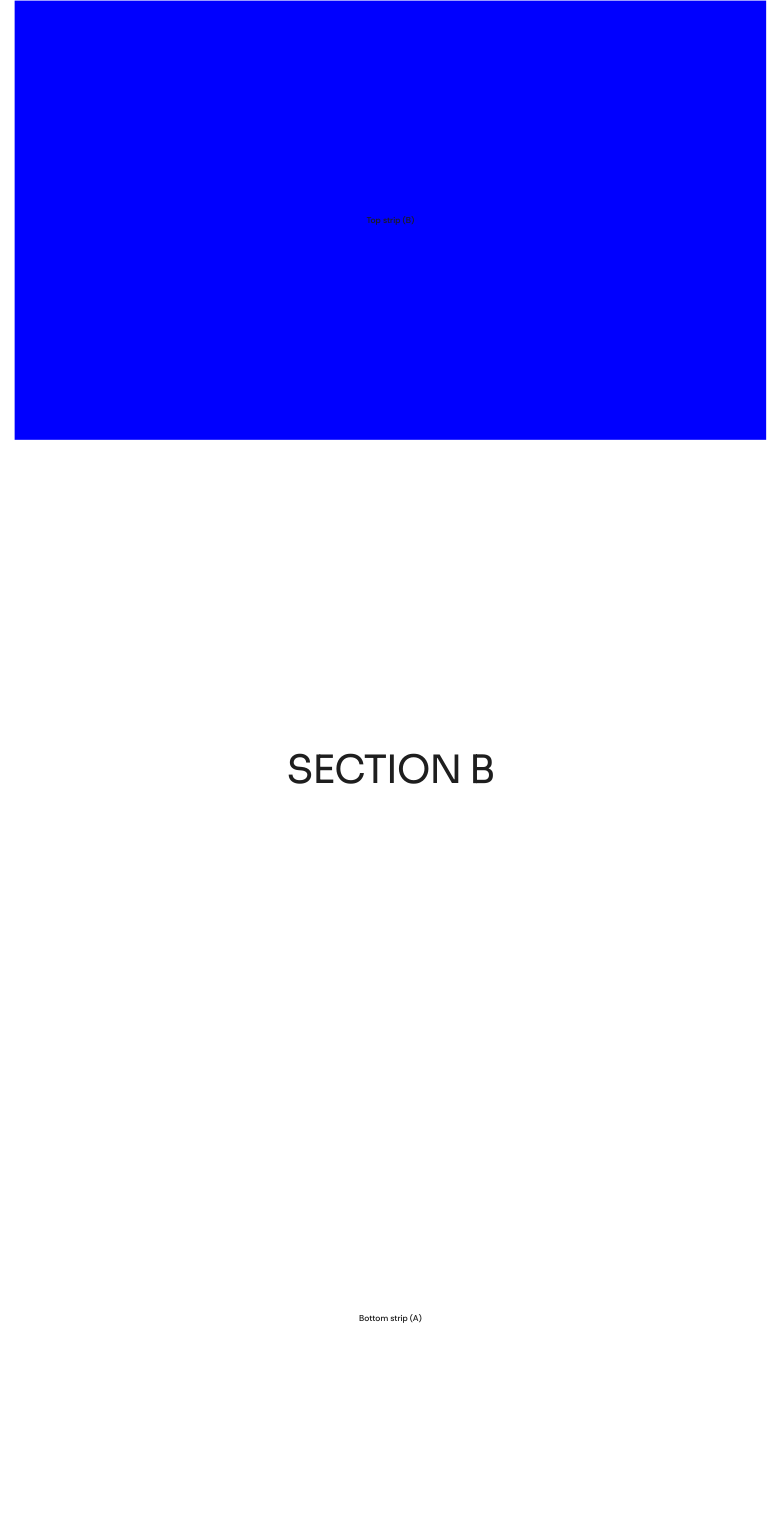
Repository: BwesewB/Offcut
Page: /
The author's editor kept a copy of each file at every save. The page is drawn from the files as they stood at one save, then again after the next save.
The browser window is 1280 px wide. The pictures show the whole page, at 61% of full size.
The project was rebuilt for these pictures with package versions that can differ from the ones it lists, and the page was loaded fresh each time. The framework's server and built-in components were replaced by stand-ins that run in the browser. Also part of the build but not shown: next.config.mjs, app/styles/page.module.css, app/components/molecules/mediaBlock/MediaBlock.module.css, app/components/molecules/mediaBlock/MediaBlock.jsx, app/components/molecules/twoColumn/TwoColumn.module.css, app/components/molecules/twoColumn/TwoColumn.js, app/components/molecules/gridLayout/GridLayout.module.css, app/components/molecules/gridLayout/GridLayout.js.

Above is the page before, as saved 2025-09-19 22:44:03.

After the next save:
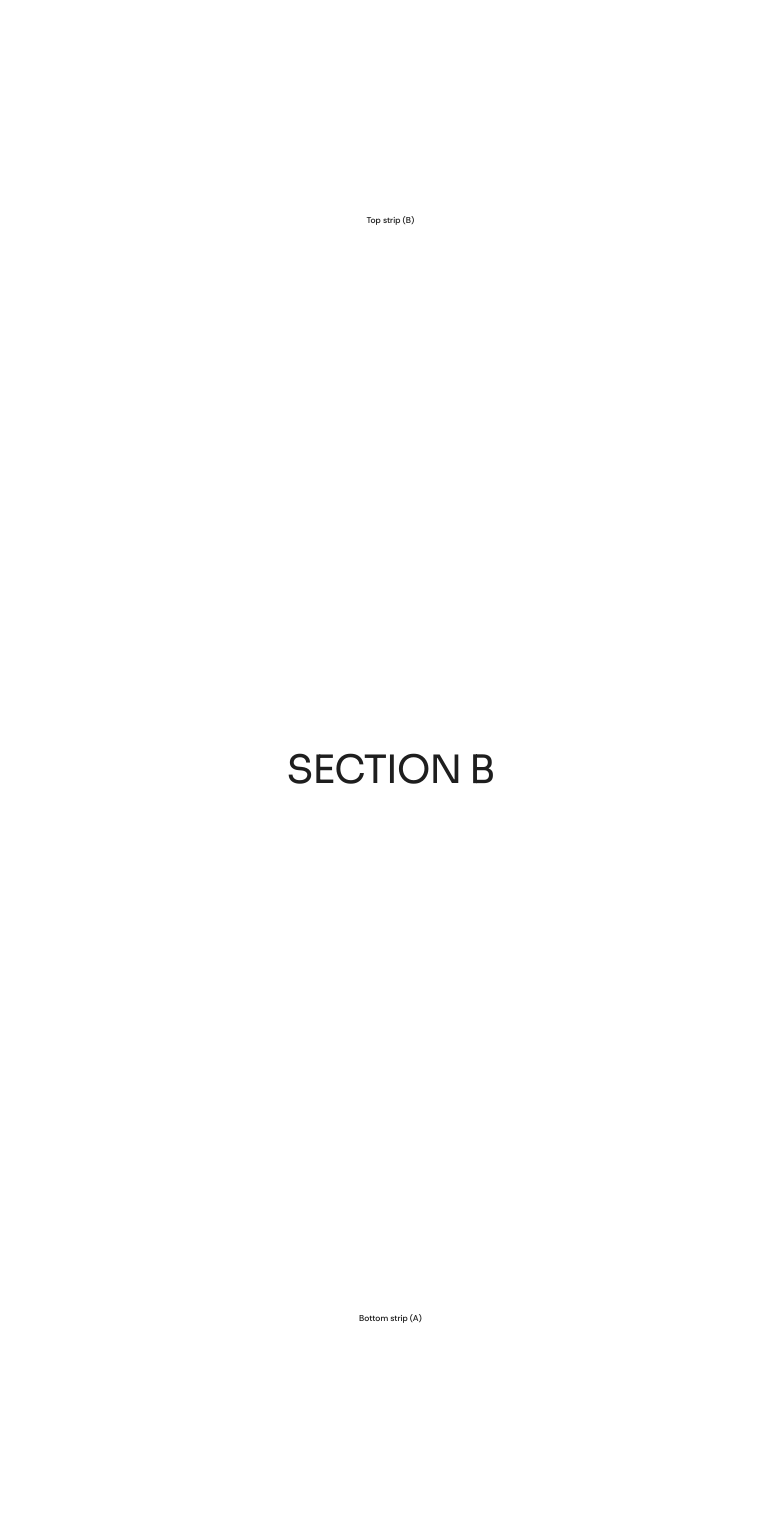
Saved 25 s later.
--- a/app/page.js
+++ b/app/page.js
@@ -31,7 +31,7 @@
         </div>
       }
       topStripB={
-        <div style={{ height: '100%', display: 'grid', placeItems: 'center', backgroundColor: 'blue'}}>
+        <div style={{ height: '100%', display: 'grid', placeItems: 'center', }}>
           <p>Top strip (B)</p>
         </div>
       }

After the save that followed:
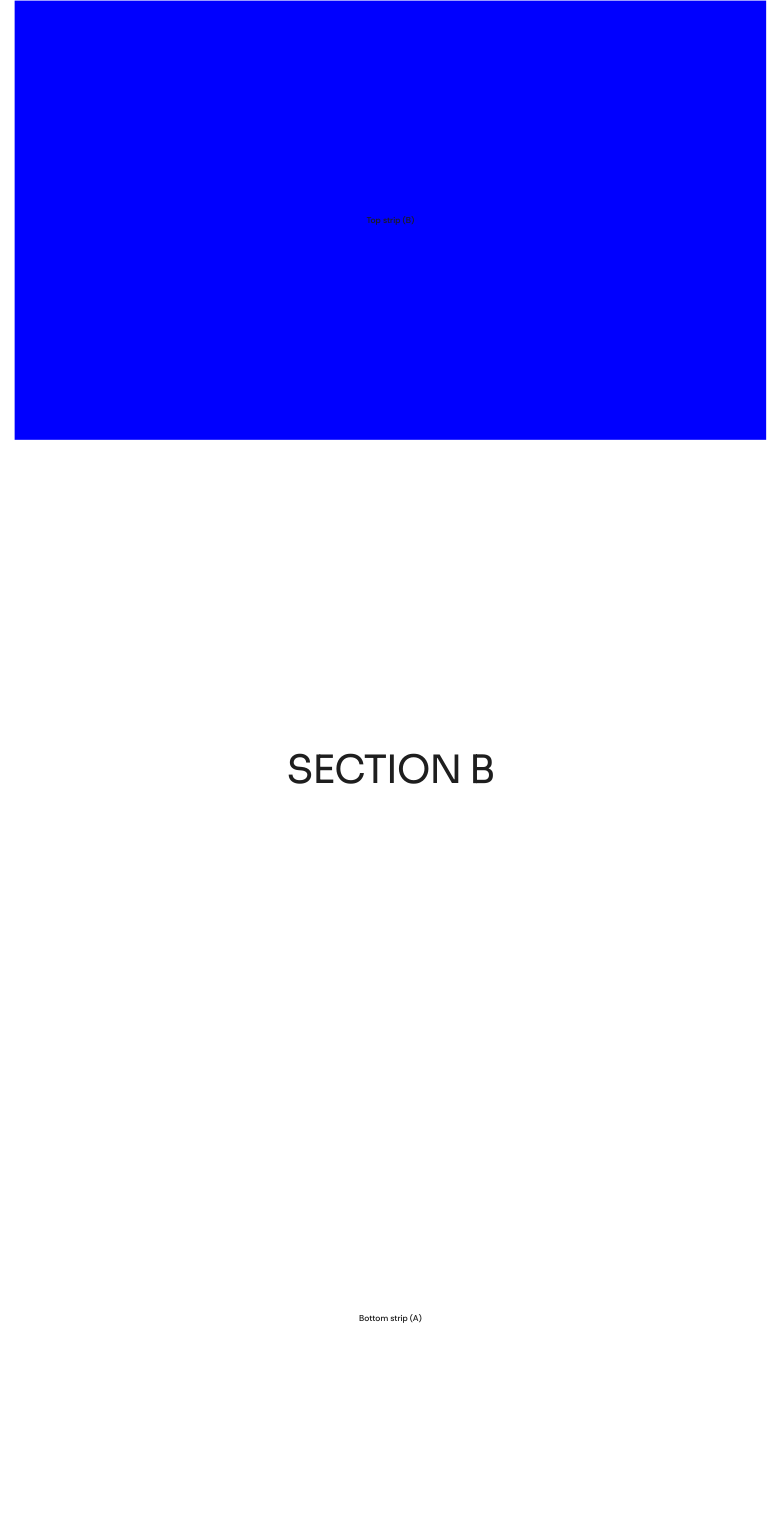
Saved 20 s later.
--- a/app/page.js
+++ b/app/page.js
@@ -31,7 +31,7 @@
         </div>
       }
       topStripB={
-        <div style={{ height: '100%', display: 'grid', placeItems: 'center', }}>
+        <div style={{ height: '100%', display: 'grid', placeItems: 'center', backgroundColor: 'blue'}}>
           <p>Top strip (B)</p>
         </div>
       }
